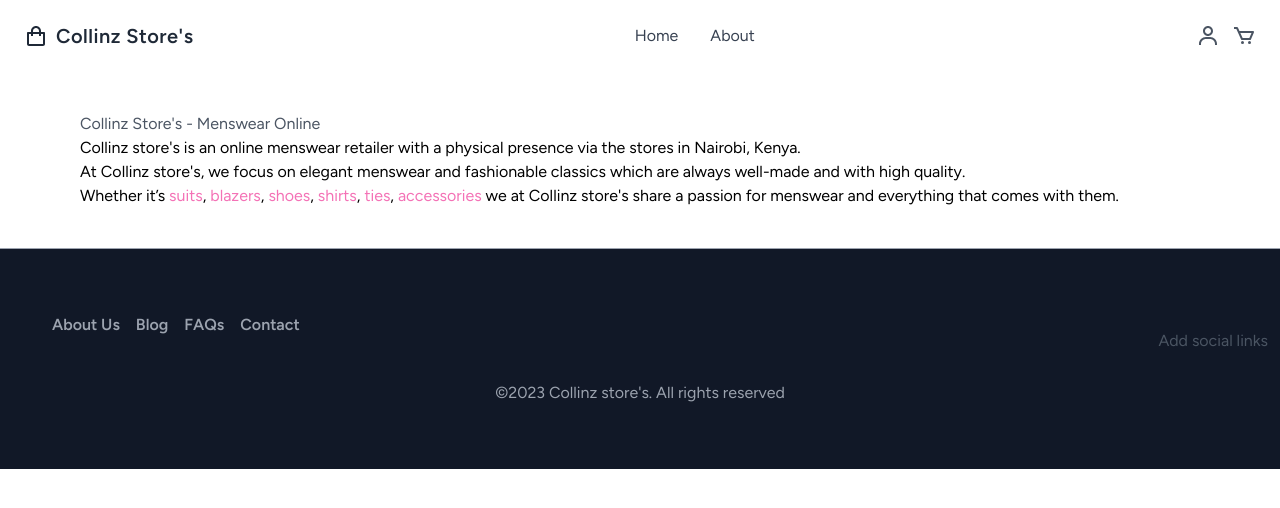
Repository: Collins145/e-commerce-website
Page: http://localhost/about
The author's editor kept a copy of each file at every save. The page is drawn from the files as they stood at one save, then again after the next save.
The browser window is 1280 px wide. The pictures show the whole page.
The page is served by the project's Laravel application, run on PHP 8.4 with Laravel 10. Style sheets and scripts are compiled from the project's sources, by tool versions that may differ from the author's.

Above is the page before, as saved 2023-06-17 22:42:17.

After the next save:
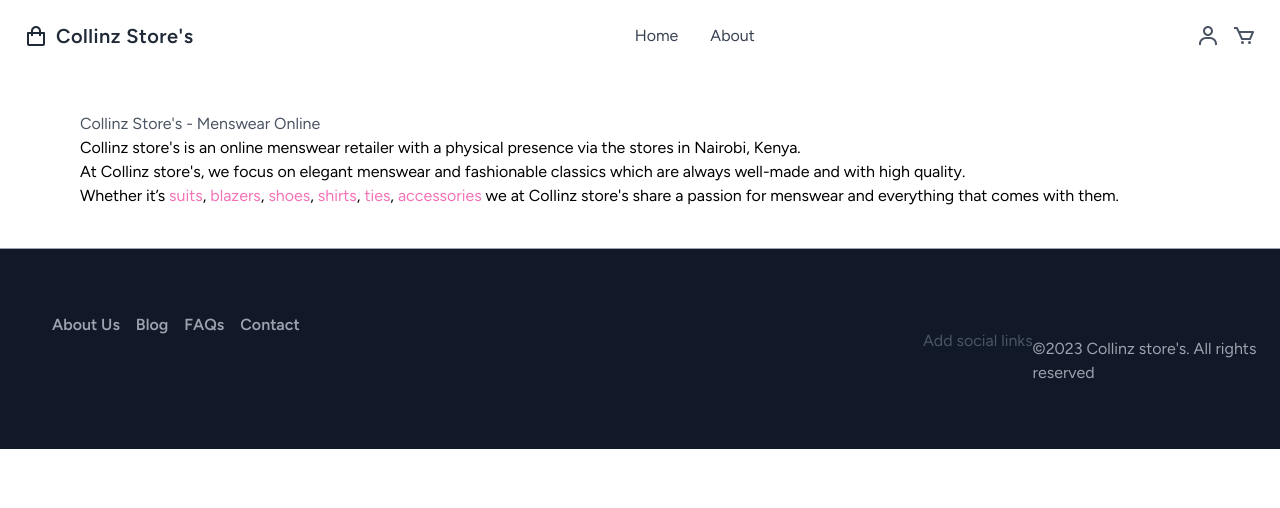
Saved 80 s later.
--- a/resources/views/components/site/footer.blade.php
+++ b/resources/views/components/site/footer.blade.php
@@ -18,7 +18,7 @@
                         </ul>
                     </div>
                 </div>
-                <h3 class="font-semi-bold text-gray-400 mx-auto md:px-0 mt-6"><span>&copy<span>2023 Collinz store's. All rights reserved</h3>
             </div>
+            <h3 class="font-semi-bold text-gray-400 mt-6"><span>&copy<span>2023 Collinz store's. All rights reserved</h3>
         </div>
     </footer>
